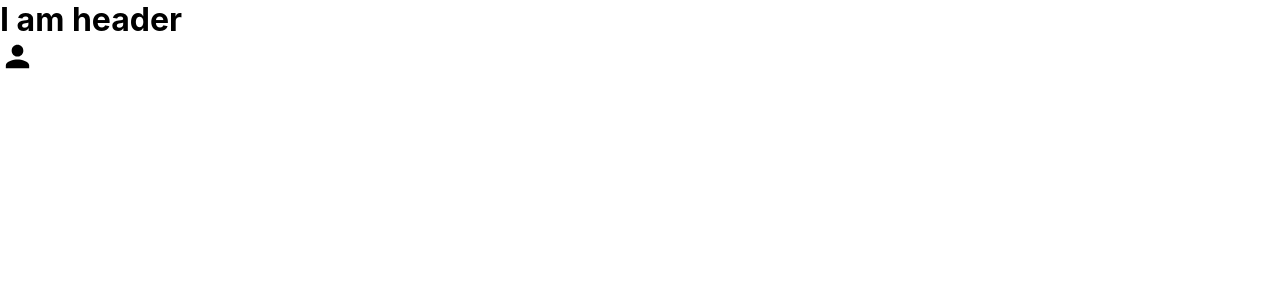
Repository: exiled-kal/TinderApp
Page: /
These files come from the project's save history. The page is drawn as it stood at one moment and after a run of saves; the edit follows.
The browser window is 1280 px wide. The pictures show the whole page.
The project was rebuilt for these pictures with package versions that can differ from the ones it lists, and the page was loaded fresh each time. Also part of the build but not shown: src/App.css, src/Header.css.

Above is the page before, as saved 2020-09-14 22:36:34.

After the next 4 saves:
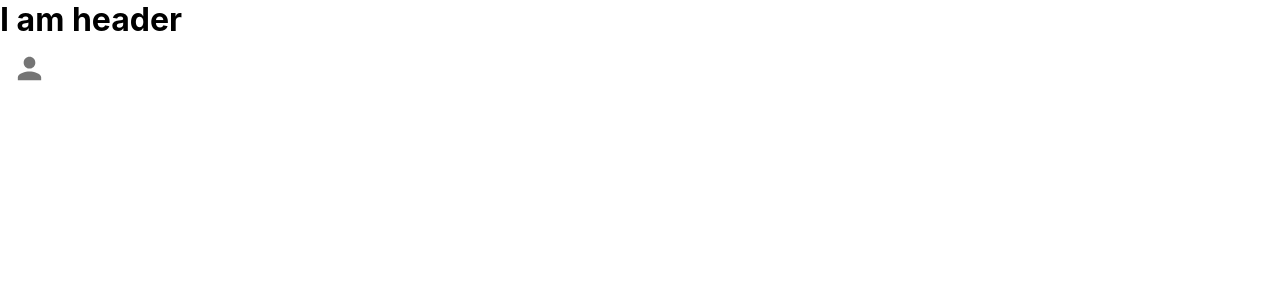
The 4 saves are shown as one change because they came seconds apart.
The last was saved 18 s later.
--- a/src/Header.js
+++ b/src/Header.js
@@ -7,7 +7,9 @@
   return (
     <div className="header">
       <h1>I am header</h1>
-      <PersonIcon fontSize="large" className="header__icon" />
+      <IconButton>
+        <PersonIcon fontSize="large" className="header__icon" />
+      </IconButton>
     </div>
   );
 }
